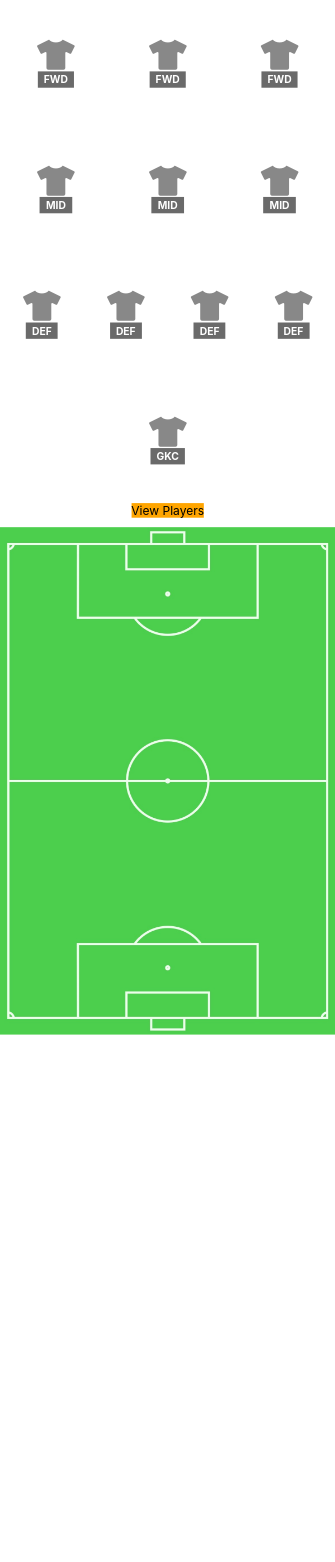
Repository: JavaidAhmadKhan/UEFA
Screen: /
An editor plug-in stored every save of this project. The screen is shown before and after a run of saves, followed by the edit.
The pictures are shown at 86% of full size.
The app was drawn by React Native's web renderer in a window 390 px wide. The project was rebuilt for these pictures with package versions that can differ from the ones it lists, and the page was loaded fresh each time. Some packages were replaced by stand-ins written for this rebuild.

Above is the screen before, as saved 2021-07-07 11:36:53.

After the next 2 saves:
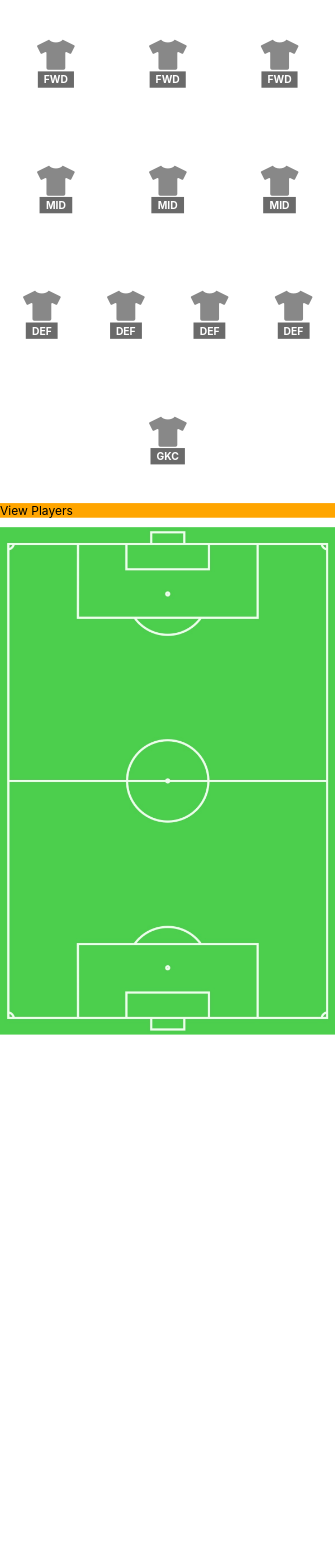
The 2 saves are shown as one change because they came seconds apart.
The last was saved 64 s later.
--- a/screens/TabOneScreen.tsx
+++ b/screens/TabOneScreen.tsx
@@ -17,7 +17,10 @@ export default function TabOneScreen() {
   return (
     <SafeAreaView style={styles.container}>
       <Field />
-      <Pressable onPress={viewPlayers} style={{ backgroundColor: "orange" }}>
+      <Pressable
+        onPress={viewPlayers}
+        style={{ backgroundColor: "orange", width: "100%" }}
+      >
         <Text>View Players</Text>
       </Pressable>
     </SafeAreaView>
